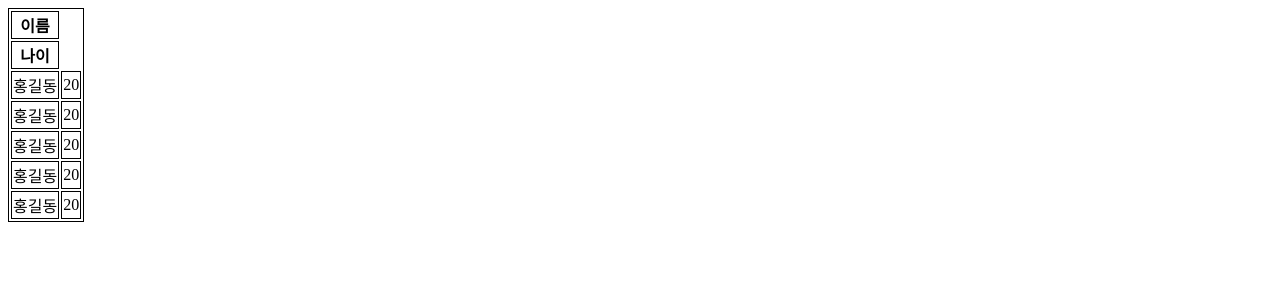
Repository: harin1212/PDA-frontend
Page: js05/table.html
These files come from the project's save history. The page is drawn as it stood at one moment and after the next save; the edit follows.
The browser window is 1280 px wide. The pictures show the whole page.

Above is the page before, as saved 2023-08-10 09:20:59.

### js05/table.html
<!DOCTYPE html>
<html lang="en">
<head>
    <meta charset="UTF-8">
    <meta name="viewport" content="width=device-width, initial-scale=1.0">
    <title>Document</title>
    <style>
        table{
            border : 1px solid black;
        }
        td, th{
            border: 1px solid black;
        }
    </style>
</head>
<body>
    <table>
        <thead>
            <tr><th scope="col">이름</th></tr>
            <tr><th scope="col">나이</th></tr>
        </thead>
        <tbody>
            <tr>
                <td>홍길동</td>
                <td>20</td>
            </tr>
            <tr>
                <td>홍길동</td>
                <td>20</td>
            </tr>
            <tr>
                <td>홍길동</td>
                <td>20</td>
            </tr>
            <tr>
                <td>홍길동</td>
                <td>20</td>
            </tr>
            <tr>
                <td>홍길동</td>
                <td>20</td>
            </tr>
        </tbody>
    </table>
</body>
</html>

After the next save:
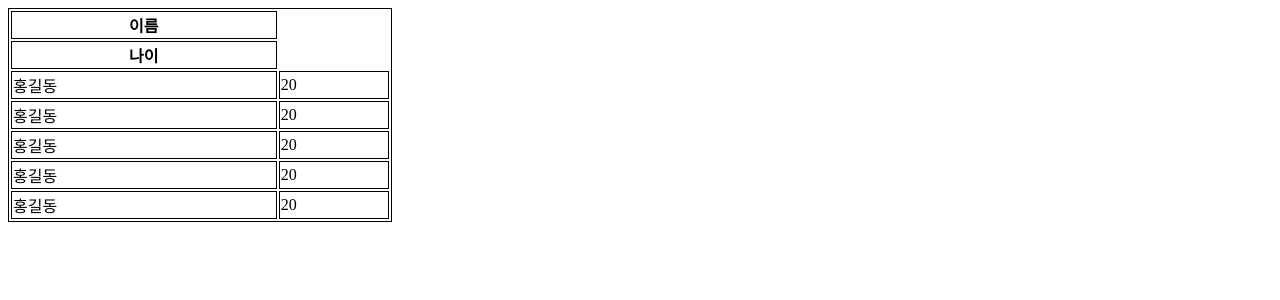
Saved 2 min 13 s later.
--- a/js05/table.html
+++ b/js05/table.html
@@ -6,6 +6,8 @@
     <title>Document</title>
     <style>
         table{
+            width: 30vw;
+            height: 20vh;
             border : 1px solid black;
         }
         td, th{
